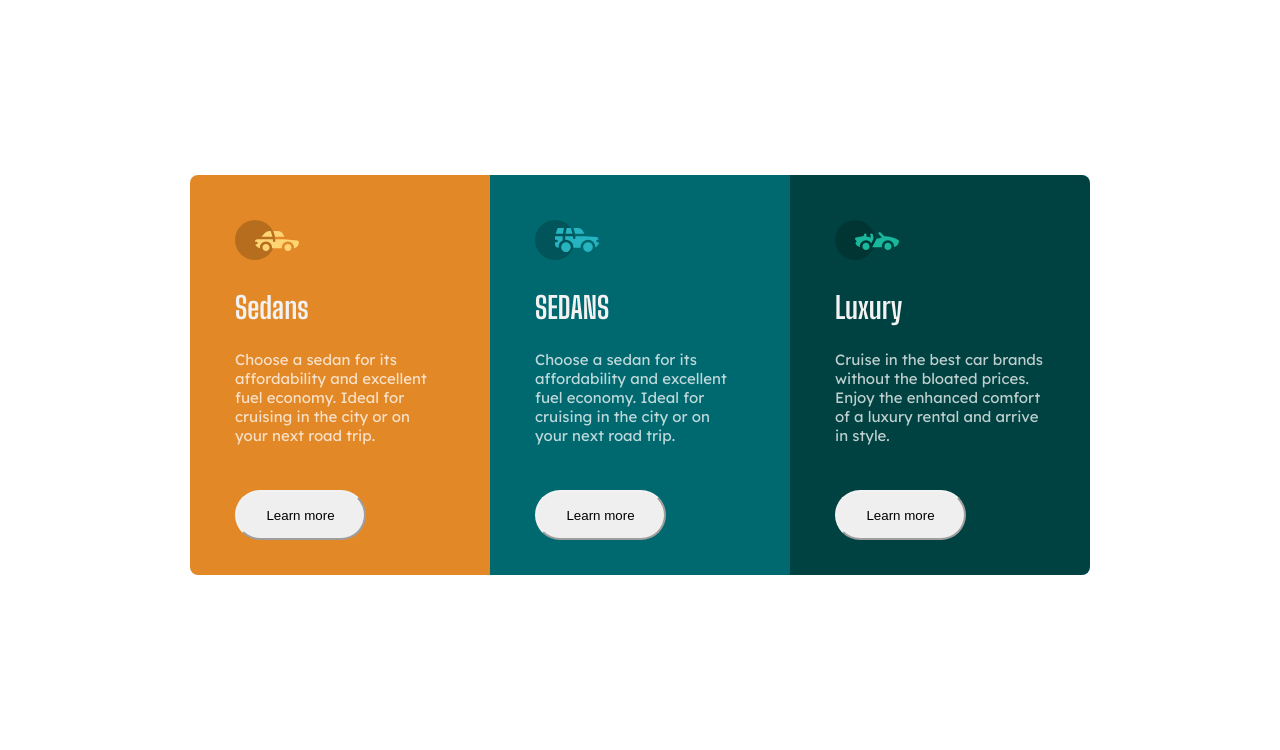
Repository: Toqa-25/3-cards-component
Page: index.html
These files come from the project's save history. The page is drawn as it stood at one moment and after a run of saves; the edit follows.
The browser window is 1280 px wide. The pictures show the whole page.

Above is the page before, as saved 2021-07-12 03:39:10.

### index.html
<!DOCTYPE html>
<html lang="en">
<head>
    <meta charset="UTF-8">
    <meta http-equiv="X-UA-Compatible" content="IE=edge">
    <meta name="viewport" content="width=device-width, initial-scale=1.0">
     <!-- css style file -->
     <link rel="stylesheet" href="css/style.css">
     <!-- fonts file -->
     <link rel="preconnect" href="https://fonts.googleapis.com">
        <link rel="preconnect" href="https://fonts.gstatic.com" crossorigin>
        <link href="https://fonts.googleapis.com/css2?family=Lexend+Deca&display=swap" rel="stylesheet">
        <link rel="preconnect" href="https://fonts.googleapis.com">
        <link rel="preconnect" href="https://fonts.gstatic.com" crossorigin>
        <link href="https://fonts.googleapis.com/css2?family=Big+Shoulders+Display:wght@700&display=swap" rel="stylesheet">
<!-- title  -->
    <title> 3 cards componanent</title>
</head>
<body>
    <div class="container" role="main">

        <div class="card">
            <img src="images/icon-sedans.svg" alt="">
            <h1>Sedans</h1>
            <p>Choose a sedan for its affordability and excellent fuel economy. Ideal for cruising in the city
                or on your next road trip.</p>
                <button class="btn1">Learn more</button>
        </div>
        <div class="card">
            <img src="images/icon-suvs.svg" alt="">
            <h1>SEDANS</h1>
            <p>Choose a sedan for its affordability and excellent fuel economy. Ideal for cruising in the city
                or on your next road trip.</p>
                <button class="btn2">Learn more</button>
        </div>
        <div class="card">
            <img src="images/icon-luxury.svg" alt="">
            <h1>Luxury</h1>
            <p> Cruise in the best car brands without the bloated prices. Enjoy the enhanced comfort of a luxury
                rental and arrive in style.</p>
                <button class="btn3">Learn more</button>
        </div>
    </div>
</body>
</html>

### css/style.css
/* Root value */
:root{
    --Bright-orange: hsl(31, 77%, 52%);
    --Dark-cyan: hsl(184, 100%, 22%);
    --Very-dark-cyan: hsl(179, 100%, 13%);
    --Transparent-white-paragraphs: hsla(0, 0%, 100%, 0.75);
    --Very-light-gray-background-headings-buttons: hsl(0, 0%, 95%);
}

/* global value */
*{
    padding: 0;
    margin:0 ;
    box-sizing: border-box;
}
body{
    Font-size: 15px;
}
.container{
    display: flex;
    justify-content: center;
    margin:175px auto;

    /* flex-wrap: wrap;
 */
}
/* style value */
@media (min-width:1440px){
    .container{
        width: 1440px;
        height: 800px;
        /* margin:175px 265px; */
        flex-direction: row;
        text-align: center;
    }
    button{

            background:transparent;
        color: var(--Very-light-gray-background-headings-buttons);
    }

}
@media (max-width:400px){
    .container{
        width: 375px;
        flex-direction: column;

    }

}
.card{
    width: 300px;
    height: 400px;
    padding: 45px;

}
.card:first-of-type{
background-color: var(--Bright-orange);
border-top-left-radius: 8px;
border-bottom-left-radius: 8px;
}
.card:nth-of-type(2){
background-color: var(--Dark-cyan);
}
.card:last-of-type{
background-color: var(--Very-dark-cyan);
border-top-right-radius: 8px;
border-bottom-right-radius: 8px;
}
img{
    margin-bottom: 25px;
}
h1{
    font-family: 'Big Shoulders Display', cursive;
    color: var(--Very-light-gray-background-headings-buttons);
    margin-bottom: 25px;

}
p{
    font-family: 'Lexend Deca', sans-serif;
    color:var(--Transparent-white-paragraphs);
    margin-bottom: 45px;
}
button{
    margin-bottom: 45px;
    padding: 10px;
    width: 131px;
    height: 50px;
    border-radius: 30px;
    border-color:var(--Very-light-gray-background-headings-buttons);

}
/* button:first-of-type{
    background-color: transparent;
}
button:nth-of-type(2){
    background-color: var(--Dark-cyan);
}
button:last-of-type{
    background-color: var(--Very-dark-cyan);
} */

After the next 2 saves:
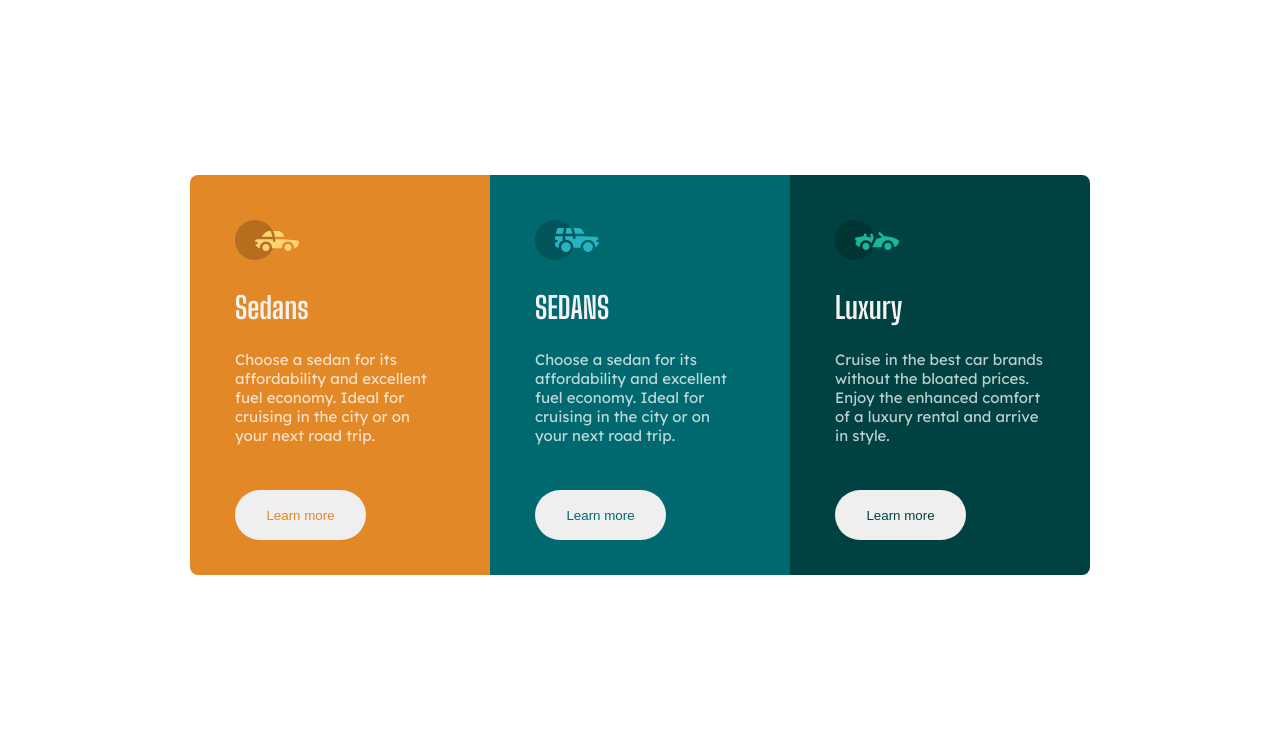
The 2 saves are shown as one change because they came seconds apart.
The last was saved 15 s later.
--- a/css/style.css
+++ b/css/style.css
@@ -90,6 +90,19 @@
     border-color:var(--Very-light-gray-background-headings-buttons);
 
 }
+button{
+    border: none;
+}
+.btn1{
+    color:var(--Bright-orange);
+}
+.btn2{
+    color: var(--Dark-cyan);
+}
+.btn3{
+    color:var(--Very-dark-cyan);
+}
+
 /* button:first-of-type{
     background-color: transparent;
 }
